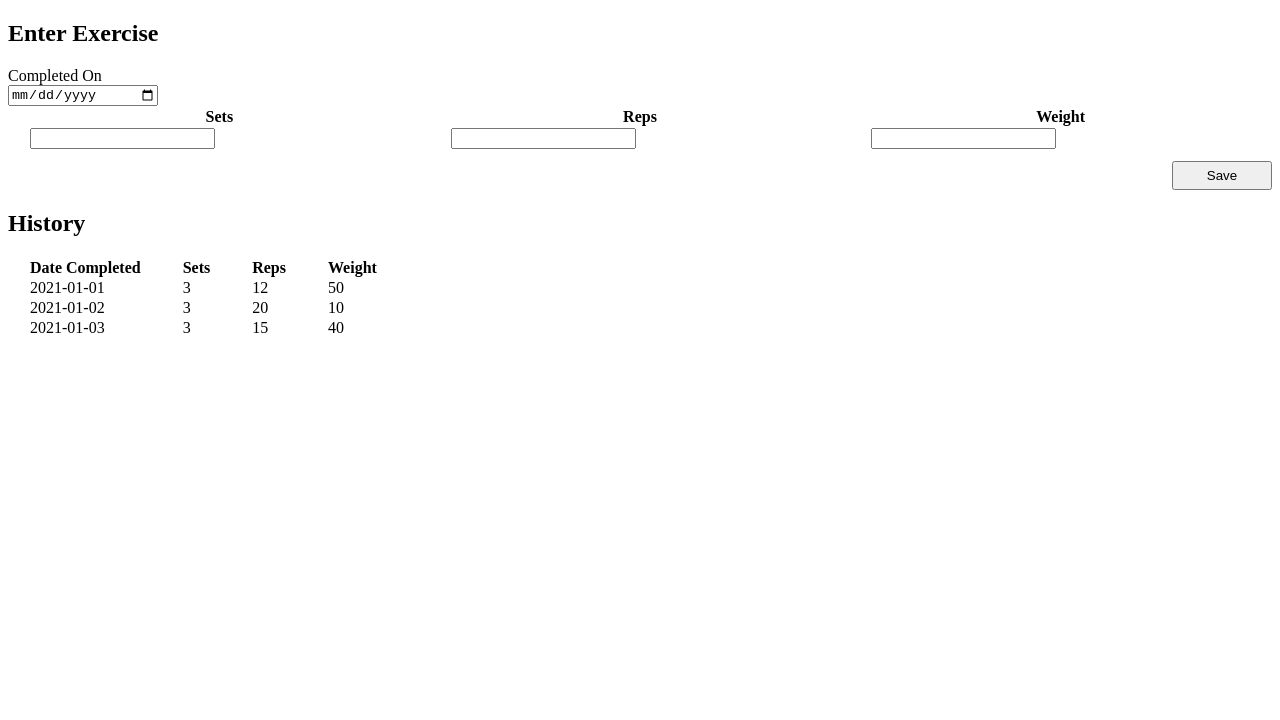
Repository: Kayla-amr/Exercise-Tracking-App
Page: / (app in exerciseTracking/)
These files come from the project's save history. The page is drawn as it stood at one moment and after the next save; the edit follows.
The browser window is 1280 px wide. The pictures show the whole page.
The project was rebuilt for these pictures with package versions that can differ from the ones it lists, and the page was loaded fresh each time. Also part of the build but not shown: exerciseTracking/vite.config.ts.

Above is the page before, as saved 2023-03-17 14:24:49.

After the next save:
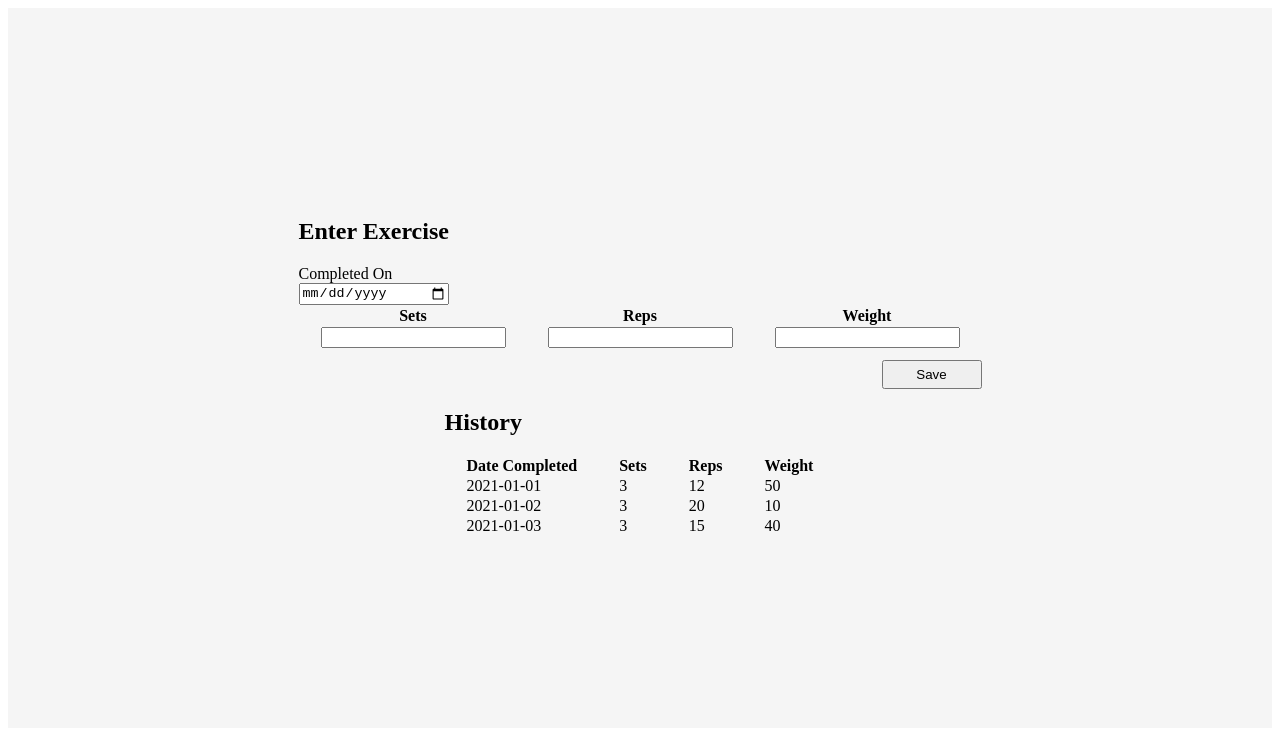
Saved 4 s later.
--- a/exerciseTracking/src/App.vue
+++ b/exerciseTracking/src/App.vue
@@ -64,5 +64,12 @@
 
 
 <style>
-
+#app {
+  display: flex;
+  flex-direction: column;
+  align-items: center;
+  justify-content: center;
+  height: 100vh;
+  background-color: #f5f5f5;
+}
 </style>
